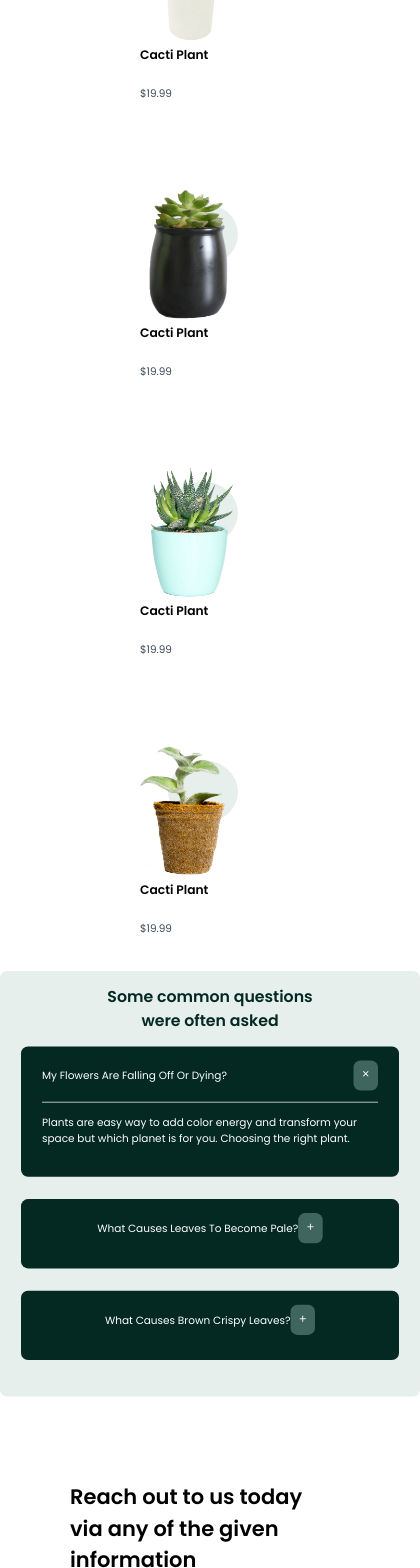
Repository: OmniaRafat232111121/plantwebsite
Page: index.html
An editor plug-in stored every save of this project. The page is shown before and after a run of saves, followed by the edit.
The browser window is 600 px wide. The pictures show the part of the page from y = 4260 to 6500 px (the page is 7807 px tall), at 70% of full size.
Empty fields were first filled with sample values (such as "Sample", 5 or name@example.com).
After loading, the first visible `button.question-btn` was clicked once.

Above is the page before, as saved 2023-01-05 17:22:04.

After the next 6 saves:
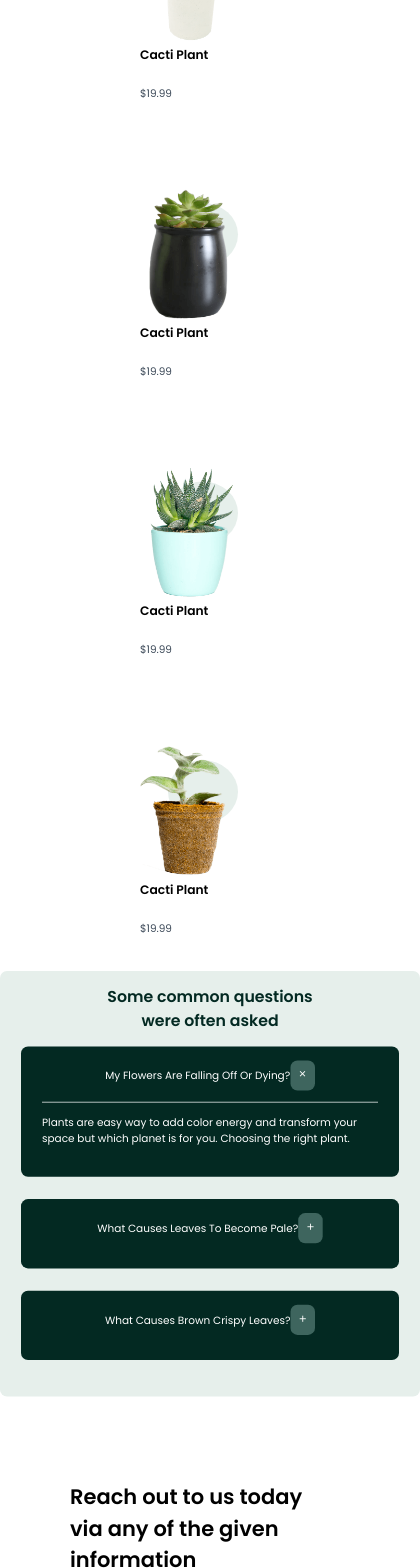
The 6 saves are shown as one change because they came seconds apart.
The last was saved 17 s later.
--- a/assets/css/styles.css
+++ b/assets/css/styles.css
@@ -648,7 +648,7 @@ margin-top: 40px;
 @media(max-width:767px){
   .question{
     display: grid;
-    justify-content: center;
+    place-items: center;
   }
 }
 /*=============== Contact ===============*/
